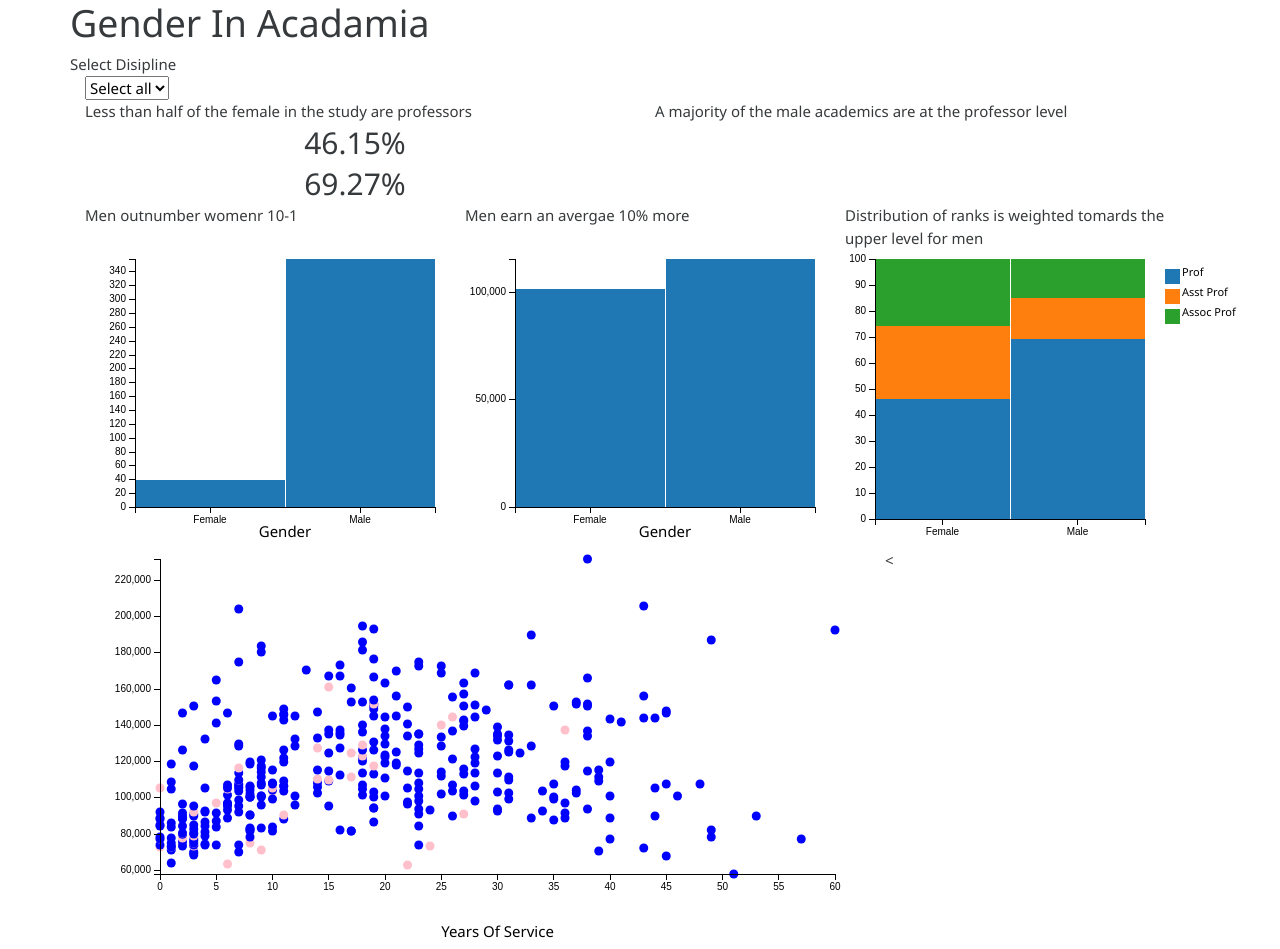
Repository: Angie55/dashboard-mini-project
Page: index.html
The author's editor kept a record of every edit. The page is drawn from the files as they stood at one moment, then again after the next edit.
The browser window is 1280 px wide. The pictures show the whole page.

Above is the page before.

### index.html
<!DOCTYPE html>
<html lang="en">
<head>
    <meta charset="UTF-8">
    <meta name="viewport" content="width=device-width, initial-scale=1.0">
    <meta http-equiv="X-UA-Compatible" content="ie=edge">
    <title>Gender In Academia</title>

    <link rel="stylesheet" href="static/css/bootstrap.min.css" type="text/css"/>
    <link rel="stylesheet" href="static/css/dc.min.css" type="text/css"/>
    <link rel="stylesheet" href="static/css/style.css" type="text/css"/>

    <script type="text/javascript" src="static/js/d3.min.js"></script>
    <script type="text/javascript" src="static/js/crossfilter.min.js"></script>
    <script type="text/javascript" src="static/js/dc.min.js"></script>
    <script type="text/javascript" src="static/js/queue.min.js"></script>
    <script type="text/javascript" src="static/js/graph.js"></script>
</head>
<body>
    <div class="container">

        <div class="row">
            <h1>Gender In Acadamia</h1>
        </div>

        <div class="row">
            <div class="col-md-offset-5">Select Disipline</div>
        </div>

        <div class="row">
            <div class="col-md-offset-5" id="discipline-selector"></div>
        </div>

        <div class="row">
            <div class="col-md-6">Less than half of the female in the study are professors</div>
            <div class="col-md-6">A majority of the male academics are at the professor level</div>
        </div>

        <div class="row">
            <div class="col-md-6 number-box " id="percent-of-women-professors"></div>
            <div class="col-md-6 number-box" id="percent-of-men-professors"></div>
        </div>

        <div class="row">
            <div class="col-md-4">Men outnumber womenr 10-1</div>
            <div class="col-md-4">Men earn an avergae 10% more</div>
            <div class="col-md-4">Distribution of ranks is weighted tomards the upper level for men</div>
        </div>

        <div class="row">
            <div class="col-md-4" id="gender-balance"></div>
            <div class="col-md-4" id="average-salary"></div>
            <div class="col-md-4" id="ranking-distribution"></div>
        </div>


        <div><
        <div id="service-salary"></div>
        </div>
        <div id="phd-salary"></div>

    </div>

</body>
</html>

### static/css/style.css
.number-box {
    font-size: 64px;
    text-align: center;
    line-height: normal;
}

.navbar-default {
	background-image: none;
	margin-bottom: 0;
}

.section-heading, #discipline-selector {
	display: inline-block;
	float: none;
	margin: 0;
}

.section-heading {
	margin-bottom: 50px;
}

#discipline-selector {
	margin-left: 15px;
}

.number-box {
	margin-right: 75px;
}

.number-box, .fa.fa-gender {
    font-size: 30px;
    font-weight: 500;
}

.fa-gender {
	margin-right: 10px;
}

.custom-chart {
	margin-bottom: 40px;
}

.section {
	border-bottom: 1px solid #e6e6e6;
	padding: 30px 0;
}

.section-paragraph {
	line-height: 1.2;
}

### static/js/graph.js
queue()
    .defer(d3.csv, 'data/Salaries.csv')
    .await(makeGraphs);

function makeGraphs(error, salaryData) {
    var ndx = crossfilter(salaryData);

    salaryData.forEach(function(d){
        d.salary = parseInt(d.salary);
        d.yrs_service = parseInt(d["yrs.service"])
    });

    show_discipline_selector(ndx);

    show_percent_that_are_professors(ndx, "Female", "#percent-of-women-professors");
    show_percent_that_are_professors(ndx, "Male", "#percent-of-men-professors");

    show_gender_balance(ndx);
    show_average_salary(ndx);
    show_rank_distribution(ndx);

    show_service_to_salary_correlation(ndx);

    dc.renderAll();
}

function show_discipline_selector(ndx){
    var dim = ndx.dimension(dc.pluck('discipline'));
    var group = dim.group();

    dc.selectMenu('#discipline-selector')
    .dimension(dim)
    .group(group);
}


function show_percent_that_are_professors(ndx, gender, element) {
    var percentageThatAreProf = ndx.groupAll().reduce (
        function(p, v) {
            if (v.sex === gender) {
                p.count++;
                if (v.rank === 'Prof') {
                    p.are_prof++;
                }
            }
            return p;
        },
        function(p, v) {
            if (v.sex === gender) {
                p.count--;
                if (v.rank === "Prof") {
                    p.are_prof--;
                }
            }
            return p;
        },
        function () {
            return {count: 0, are_prof: 0}
        }
    );

    dc.numberDisplay(element)
    .formatNumber(d3.format('.2%'))
    .valueAccessor(function (d) {
            if (d.count == 0) {
                return 0;
            } else {
                return (d.are_prof / d.count);
            }
        })
        .group(percentageThatAreProf)
}


function show_gender_balance(ndx) {
    var dim = ndx.dimension(dc.pluck('sex'));
    var group = dim.group();

    dc.barChart('#gender-balance')
    .width(400)
    .height(300)
    .margins({top: 10, right: 50, bottom: 30, left: 50})
    .dimension(dim)
    .group(group)
    .transitionDuration(500)
    .x(d3.scale.ordinal())
    .xUnits(dc.units.ordinal)
    .xAxisLabel('Gender')
    .yAxis().ticks(20);
}

function show_average_salary(ndx) {
    var dim = ndx.dimension(dc.pluck('sex'));

    function add_item(p, v) {
        p.count++;
        p.total += v.salary;
        p.average = p.total / p.count;
        return p;
    }

    function remove_item(p, v) {
        p.count--;
        if(p.count == 0) {
            p.total = 0;
            p.average = 0;
        } else {
        p.total -= v.salary;
        p.average = p.total / p.count;
        }
        return p;
    }

    function initialise() {
        return {count: 0, total: 0, average: 0}
    }

    var averageSalaryByGender = dim.group().reduce(add_item, remove_item, initialise);

    dc.barChart('#average-salary')
    .width(400)
    .height(300)
    .margins({top: 10, right: 50, bottom: 30, left: 50})
    .dimension(dim)
    .group(averageSalaryByGender)
    .valueAccessor(function(d) {
        return d.value.average.toFixed(2);
    })
    .transitionDuration(500)
    .x(d3.scale.ordinal())
    .xUnits(dc.units.ordinal)
    .elasticY(true)
    .xAxisLabel('Gender')
    .yAxis().ticks(4);

}

function show_rank_distribution(ndx) {

  function rankByGender(dimension, rank) {
      return dimension.group().reduce(
    function(p, v) {
        p.total++;
        if(v.rank == rank) {
            p.match++;
        }
        return p;
    },
    function(p, v) {
        p.total--;
        if(v.rank == rank) {
            p.match--;
        }
        return p;
    },
    function () {
        return {total: 0, match: 0}
    }
  );
 }


  var dim = ndx.dimension(dc.pluck('sex'));
  var profByGender = rankByGender(dim, 'Prof');
  var asstProfByGender = rankByGender(dim, 'AsstProf');
  var assocProfByGender = rankByGender(dim, 'AssocProf');

  dc.barChart('#ranking-distribution')
    .width(400)
    .height(300)
    .dimension(dim)
    .group(profByGender, 'Prof')
    .stack(asstProfByGender, 'Asst Prof')
    .stack(assocProfByGender, 'Assoc Prof')
    .valueAccessor(function(d) {
        if(d.value.total > 0) {
         return (d.value.match / d.value.total) * 100;
    } else {
        return 0;
       }
    })
    .x(d3.scale.ordinal())
    .xUnits(dc.units.ordinal)
    .legend(dc.legend().x(320).y(20).itemHeight(15).gap(5))
    .margins({top: 10, right: 100, bottom: 30, left: 30});
}

function show_service_to_salary_correlation(ndx) {

    var genderColors = d3.scale.ordinal()
    .domain(['Female', 'Male'])
    .range(['pink', 'blue']);

    var eDim = ndx.dimension(dc.pluck("yrs_service"));
    var experienceDim = ndx.dimension(function(d) {
        return [d.yrs_service, d.salary, d.rank, d.sex];
    });
    var experienceSalaryGroup = experienceDim.group();

    var minExperience = eDim.bottom(1)[0].yrs_service;
    var maxExperience = eDim.top(1)[0].yrs_service;

    dc.scatterPlot("#service-salary")
        .width(800)
        .height(400)
        .x(d3.scale.linear().domain([minExperience, maxExperience]))
        .brushOn(false)
        .symbolSize(8)
        .clipPadding(10)
        .xAxisLabel("Years Of Service")
        .title(function(d) {
            return d.key[2] + " earned " + d.key[1];
        })
        .colorAccessor(function(d) {
            return d.key[3];
        })
        .colors(genderColors)
        .dimension(experienceDim)
        .group(experienceSalaryGroup)
        .margins({top: 10, right: 50, bottom: 75, left: 75});
}

Loaded but not shown: static/css/bootstrap.min.css (library); static/css/dc.min.css (library); static/js/d3.min.js (library); static/js/crossfilter.min.js (library); static/js/dc.min.js (library); static/js/queue.min.js (common file)

After the next edit:
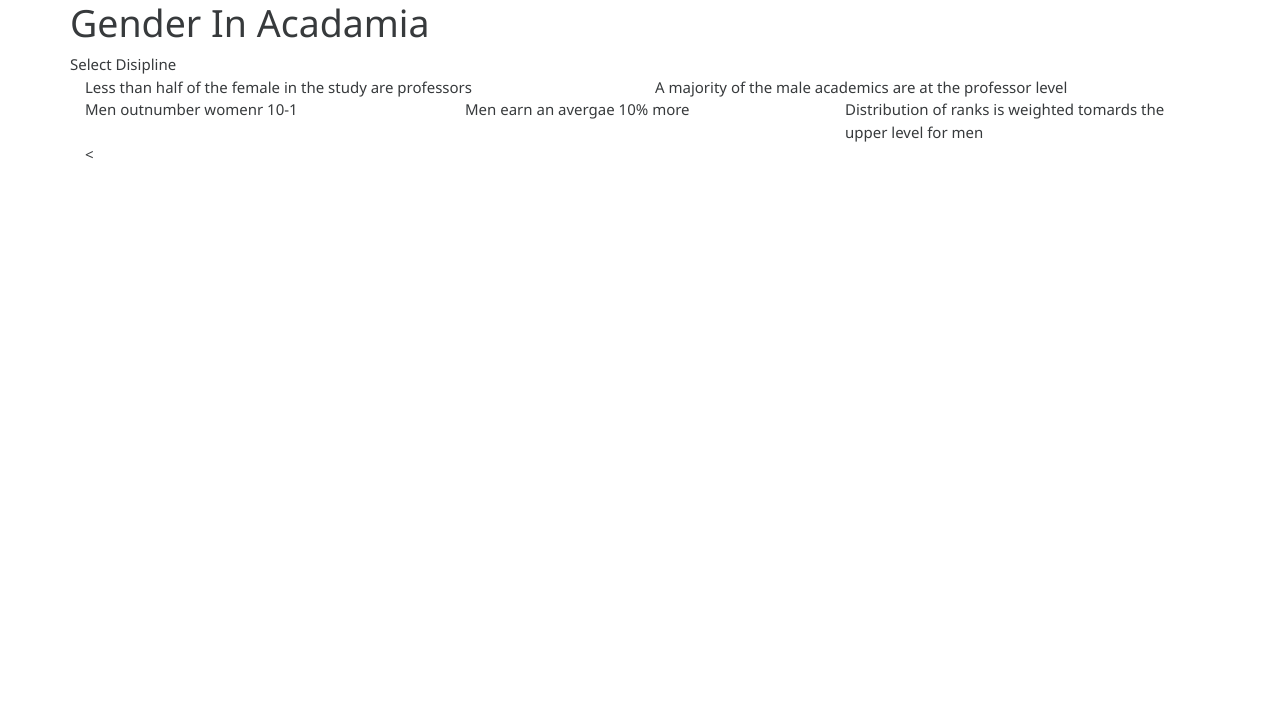
Console error: ReferenceError: show_phd_to_salary_correlation is not defined
The edit:
--- a/static/js/graph.js
+++ b/static/js/graph.js
@@ -20,6 +20,7 @@
     show_rank_distribution(ndx);
 
     show_service_to_salary_correlation(ndx);
+    show_phd_to_salary_correlation(ndx);
 
     dc.renderAll();
 }

After the 2 edits that followed:
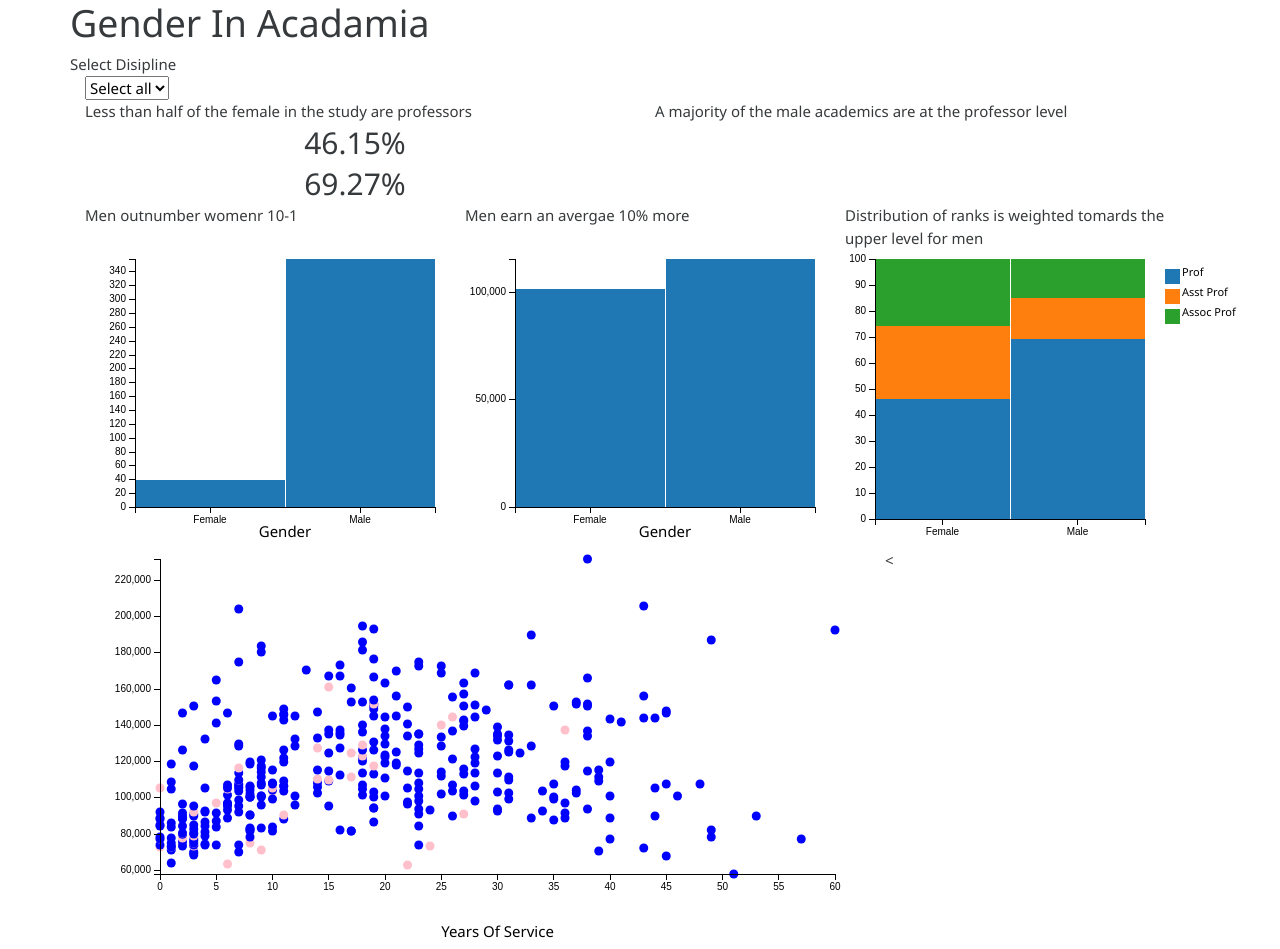
The error is gone.
The 2 edits are shown as one change because 1 left the picture as it was.
The edit:
--- a/static/js/graph.js
+++ b/static/js/graph.js
@@ -7,6 +7,7 @@
 
     salaryData.forEach(function(d){
         d.salary = parseInt(d.salary);
+        d.yrs_service = parseInt(d["yrs.since.phd"]);
         d.yrs_service = parseInt(d["yrs.service"])
     });
 
@@ -220,3 +221,38 @@
         .group(experienceSalaryGroup)
         .margins({top: 10, right: 50, bottom: 75, left: 75});
 }
+
+function show_phd_to_salary_correlation(ndx) {
+
+    var genderColors = d3.scale.ordinal()
+    .domain(['Female', 'Male'])
+    .range(['pink', 'blue']);
+
+    var eDim = ndx.dimension(dc.pluck("yrs_service"));
+    var experienceDim = ndx.dimension(function(d) {
+        return [d.yrs_service, d.salary, d.rank, d.sex];
+    });
+    var experienceSalaryGroup = experienceDim.group();
+
+    var minExperience = eDim.bottom(1)[0].yrs_service;
+    var maxExperience = eDim.top(1)[0].yrs_service;
+
+    dc.scatterPlot("#service-salary")
+        .width(800)
+        .height(400)
+        .x(d3.scale.linear().domain([minExperience, maxExperience]))
+        .brushOn(false)
+        .symbolSize(8)
+        .clipPadding(10)
+        .xAxisLabel("Years Of Service")
+        .title(function(d) {
+            return d.key[2] + " earned " + d.key[1];
+        })
+        .colorAccessor(function(d) {
+            return d.key[3];
+        })
+        .colors(genderColors)
+        .dimension(experienceDim)
+        .group(experienceSalaryGroup)
+        .margins({top: 10, right: 50, bottom: 75, left: 75});
+}
